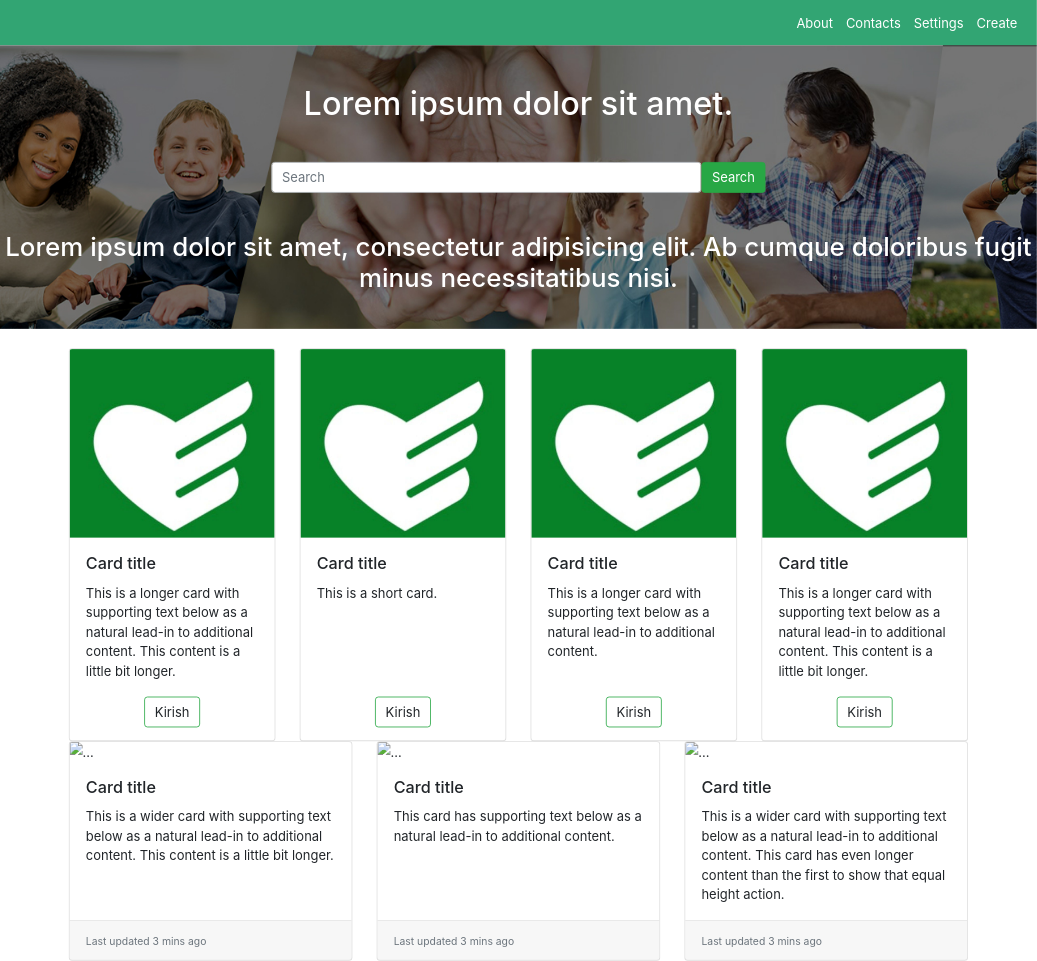
Repository: abduvali-aminov/fond
Page: http://localhost/main
An editor plug-in stored every save of this project. The page is shown before and after the next save, followed by the edit.
The browser window is 1280 px wide. The pictures show the whole page, at 81% of full size.
The page is served by the project's Laravel application, run on PHP 8.4 with Laravel 8.

Above is the page before, as saved 2021-01-18 13:45:37.

After the next save:
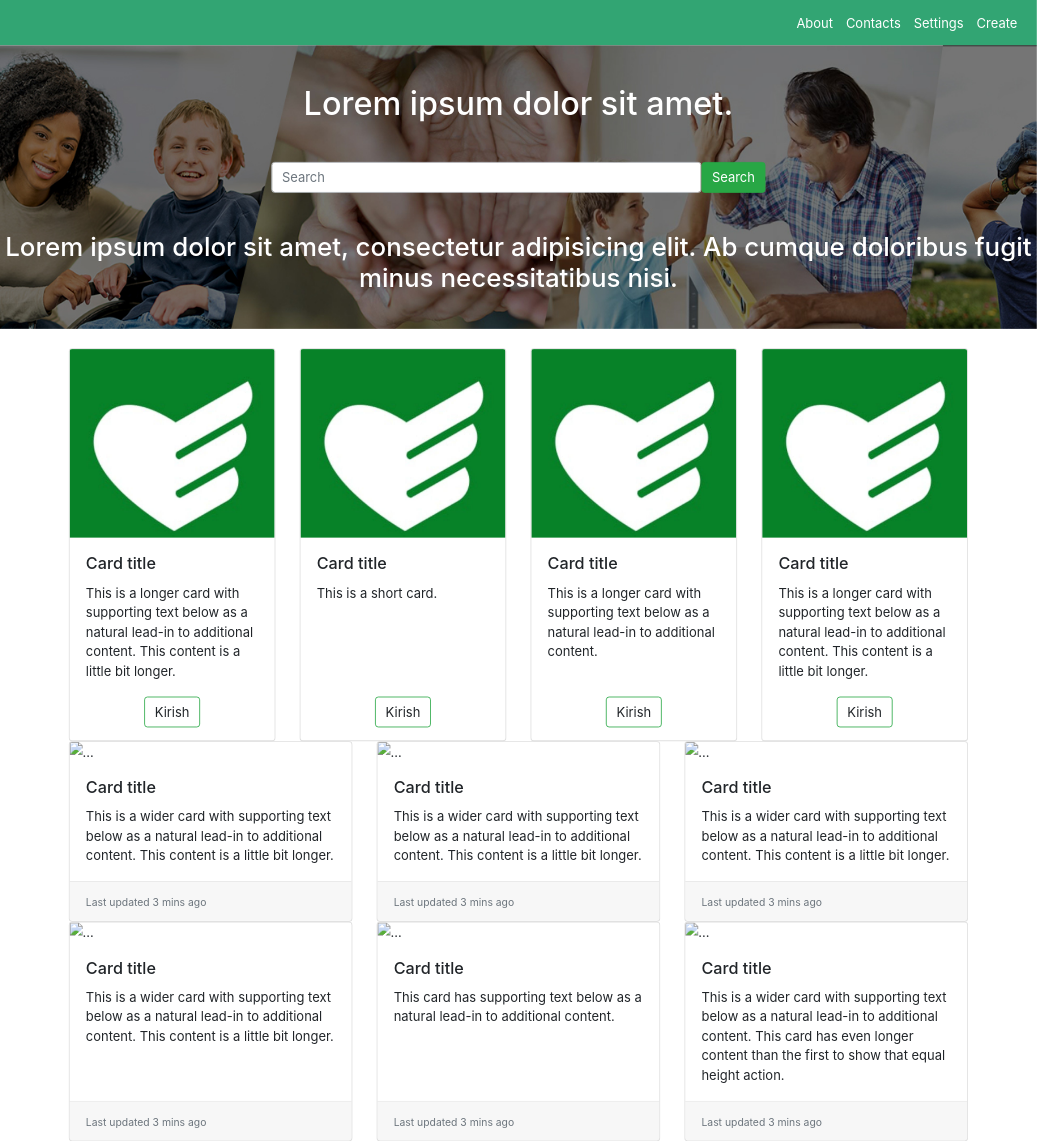
Saved 26 s later.
--- a/resources/views/main/index.blade.php
+++ b/resources/views/main/index.blade.php
@@ -82,6 +82,43 @@
                 </div>
               </div>
             </div>
+
+            <div class="col">
+                <div class="card h-100">
+                  <img src="..." class="card-img-top" alt="...">
+                  <div class="card-body">
+                    <h5 class="card-title">Card title</h5>
+                    <p class="card-text">This is a wider card with supporting text below as a natural lead-in to additional content. This content is a little bit longer.</p>
+                  </div>
+                  <div class="card-footer">
+                    <small class="text-muted">Last updated 3 mins ago</small>
+                  </div>
+                </div>
+              </div>
+              <div class="col">
+                <div class="card h-100">
+                  <img src="..." class="card-img-top" alt="...">
+                  <div class="card-body">
+                    <h5 class="card-title">Card title</h5>
+                    <p class="card-text">This is a wider card with supporting text below as a natural lead-in to additional content. This content is a little bit longer.</p>
+                  </div>
+                  <div class="card-footer">
+                    <small class="text-muted">Last updated 3 mins ago</small>
+                  </div>
+                </div>
+              </div>
+              <div class="col">
+                <div class="card h-100">
+                  <img src="..." class="card-img-top" alt="...">
+                  <div class="card-body">
+                    <h5 class="card-title">Card title</h5>
+                    <p class="card-text">This is a wider card with supporting text below as a natural lead-in to additional content. This content is a little bit longer.</p>
+                  </div>
+                  <div class="card-footer">
+                    <small class="text-muted">Last updated 3 mins ago</small>
+                  </div>
+                </div>
+              </div>
             <div class="col">
               <div class="card h-100">
                 <img src="..." class="card-img-top" alt="...">
